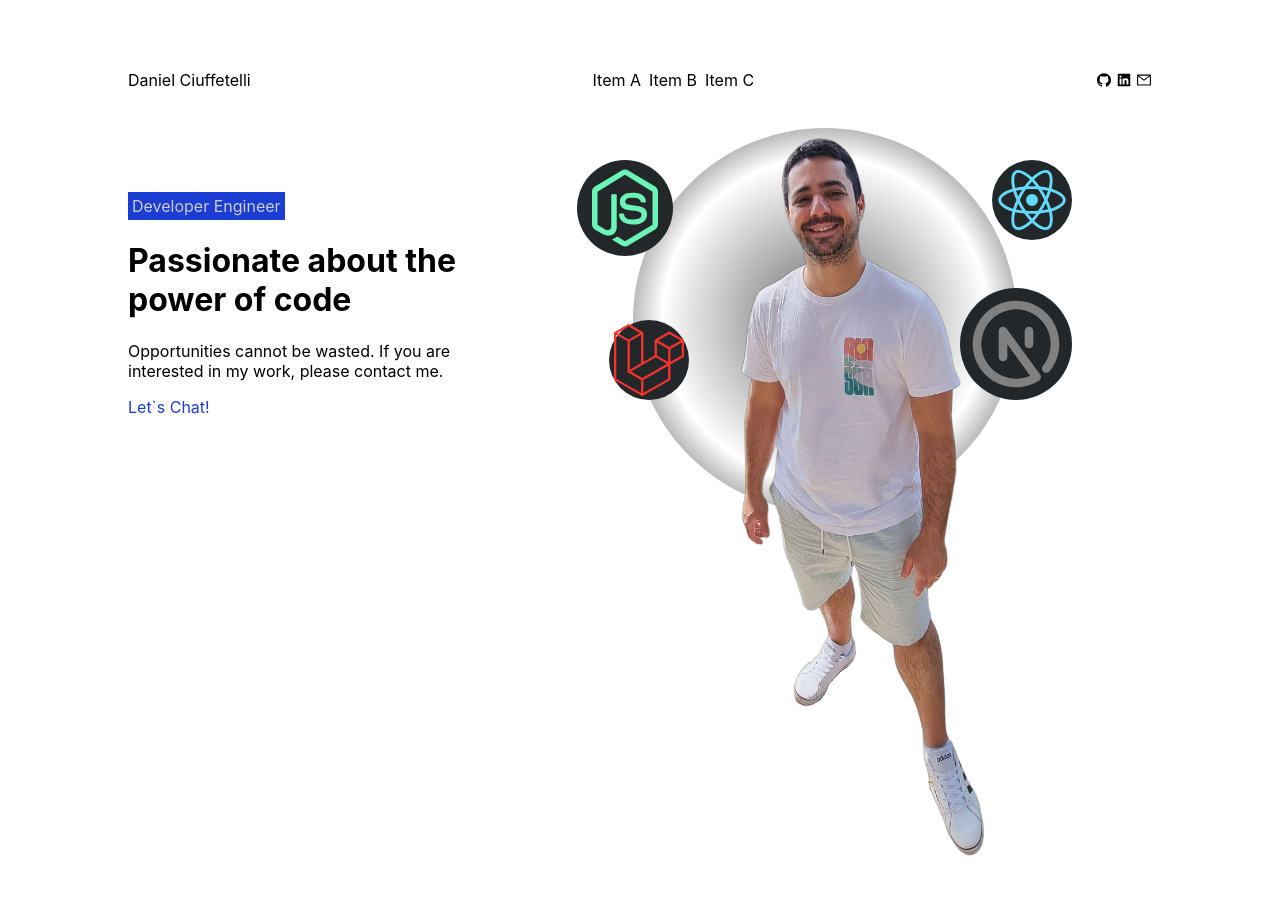
Repository: ciuffetelli/portfolio
Page: /
The author's editor kept a copy of each file at every save. The page is drawn from the files as they stood at one save, then again after the next save.
The browser window is 1280 px wide. The pictures show the whole page.
The project was rebuilt for these pictures with package versions that can differ from the ones it lists, and the page was loaded fresh each time. The framework's server and built-in components were replaced by stand-ins that run in the browser. Also part of the build but not shown: next.config.js.

Above is the page before, as saved 2022-12-04 17:36:22.

### pages/_document.tsx
import { Html, Head, Main, NextScript } from 'next/document'

export default function Document() {
    return (
        <Html lang="en">
            <Head>
                <title>Daniel Ciuffetelli - Front-end Engineer</title>
                <meta name="description" content="Daniel Ciuffetelli's personal portfolio, front-end engineer. Page developed in Next.js" />
                <link rel="icon" href="/img/logo.svg" />
            </Head>
                <body className='bg-white text-slate-900 dark:bg-slate-900 dark:text-white ease-in-out duration-300'>
                    <Main />
                    <NextScript />
                </body>
        </Html>
    )
}

### pages/index.tsx
import Head from 'next/head'
import Image from 'next/image'
import styles from '../styles/Home.module.css'
import styled from 'styled-components'

import { Nav } from '../Components/Nav'
import { Hero } from '../Components/Hero'

export default function Home() {
  return (
    <Container>

        <Head>
          <title>Daniel Ciuffetelli - Developer Engineer</title>
          <meta name="description" content="Generated by create next app" />
          <link rel="icon" href="/favicon.ico" />
        </Head>

        <Main>
          <Nav />

          <Hero />
        </Main>

    </Container>
    // <div className={styles.container}>


    //   <main className={styles.main}>
    //     <Nav />

    //     <Hero />
    //     {/* <h1 className={styles.title}>
    //       Welcome to <a href="https://nextjs.org">Next.js!</a>
    //     </h1>

    //     <p className={styles.description}>
    //       Get started by editing{' '}
    //       <code className={styles.code}>pages/index.tsx</code>
    //     </p>

    //     <div className={styles.grid}>
    //       <a href="https://nextjs.org/docs" className={styles.card}>
    //         <h2>Documentation &rarr;</h2>
    //         <p>Find in-depth information about Next.js features and API.</p>
    //       </a>

    //       <a href="https://nextjs.org/learn" className={styles.card}>
    //         <h2>Learn &rarr;</h2>
    //         <p>Learn about Next.js in an interactive course with quizzes!</p>
    //       </a>

    //       <a
    //         href="https://github.com/vercel/next.js/tree/canary/examples"
    //         className={styles.card}
    //       >
    //         <h2>Examples &rarr;</h2>
    //         <p>Discover and deploy boilerplate example Next.js projects.</p>
    //       </a>

    //       <a
    //         href="https://vercel.com/new?utm_source=create-next-app&utm_medium=default-template&utm_campaign=create-next-app"
    //         target="_blank"
    //         rel="noopener noreferrer"
    //         className={styles.card}
    //       >
    //         <h2>Deploy &rarr;</h2>
    //         <p>
    //           Instantly deploy your Next.js site to a public URL with Vercel.
    //         </p>
    //       </a>
    //     </div> */}
    //   </main>

    //   <footer className={styles.footer}>
    //     <a
    //       href="https://vercel.com?utm_source=create-next-app&utm_medium=default-template&utm_campaign=create-next-app"
    //       target="_blank"
    //       rel="noopener noreferrer"
    //     >
    //       Powered by{' '}
    //       <span className={styles.logo}>
    //         <Image src="/vercel.svg" alt="Vercel Logo" width={72} height={16} />
    //       </span>
    //     </a>
    //   </footer>
    //   <a href='https://elements.envato.com/ds-developer-portfolio-psd-template-9FZDH4D'>Reference</a>
    // </div>
  )
}

const Container = styled.div`
  padding: 0 2rem;
`

const Main = styled.main`
  max-width: 1024px;
  min-height: 100vh;
  margin: 0 auto;
  padding: 4rem 0;
  flex: 1;
  display: flex;
  flex-direction: column;
  justify-content: center;
  align-items: center;
`

### Components/Nav.tsx
import styled from 'styled-components'

import { AiFillGithub, AiFillLinkedin, AiOutlineMail } from 'react-icons/ai'

export function Nav() {

    return (
        <Container>
            <Name>Daniel Ciuffetelli</Name>
            <Items>
                <MenuItem>Item A</MenuItem>
                <MenuItem>Item B</MenuItem>
                <MenuItem>Item C</MenuItem>
            </Items>
            <Icons>
                <Social>
                    <AiFillGithub />
                    <AiFillLinkedin />
                </Social>
                <AiOutlineMail />
            </Icons>
        </Container>
    )
}

const Container = styled.div`
    display: inline-flex;
    width: 100%;
    height: 2rem;
    justify-content: space-around;
    align-items: center;
`

const Name = styled.div`
    display: none;

    @media (min-width: 500px) {
        display: flex;
    }
`

const Items = styled.div`
    display: inline-flex;
    flex: 1;
    gap: 0.5rem;
    justify-content: center;
`

const MenuItem = styled.div``

const Icons = styled.div`
    display: inline-flex;
    gap: 0.25rem;
`
const Social = styled.div`
    display: none;
    gap: 0.25rem;

    @media (min-width: 500px) {
        display: inline-flex;
    }
`

### Components/Hero.tsx
import styled from 'styled-components'

import { IoLogoNodejs } from 'react-icons/io'
import { IoLogoReact } from 'react-icons/io5'
import { TbBrandNextjs } from 'react-icons/tb'
import { FaLaravel } from 'react-icons/fa'

export function Hero() {
    return (
        <Container>
            <LeftSide>
                <Title>Developer Engineer</Title>
                <H1>Passionate about the power of code</H1>
                <Text>Opportunities cannot be wasted. If you are interested in my work, please contact me.</Text>
                <Link>Let`s Chat!</Link>
            </LeftSide>
            <RightSide>
                <Image src="/img/profile.png" />
                <Tech top={2} left={5} width={6} height={6}><NodeJs /></Tech>
                <Tech top={2} right={5} width={5} height={5}><React /></Tech>
                <Tech top={10} right={5} width={7} height={7}><Next /></Tech>
                <Tech top={12} left={7} width={5} height={5}><Laravel /></Tech>
            </RightSide>
        </Container>
    )
}

const Container = styled.div`
    display: inline-flex;
    margin: 2rem auto auto;
`

const LeftSide = styled.div`
    padding-top: 2rem;

    @media (min-width: 500px) {
        max-width: 50%;
        padding-top: 4rem;
    }
`

const Title = styled.div`
    width: max-content;
    padding: 0.25rem;
    color: #ccc;
    background-color: #1b3dd3;
`

const H1 = styled.h1``

const Text = styled.p``

const Link = styled.a`
    color: #1b3dd3;
`

const RightSide = styled.div`
    display: none;
    position: relative;
    justify-content: center;

    &::after {
        content: "";
        position: absolute;
        width: 30vw;
        height: 30vw;
        z-index: -1;
        margin: auto;
        border-radius: 50%;
        background-image: radial-gradient(circle, #666565, transparent 60%, #000);
    }

    @media (min-width: 500px) {
        display: flex;
    }
`

const Image = styled.img`
    width: 50%;
    margin: auto;
`

const Tech = styled.div<{ top?: Number, right?: Number, bottom?: Number, left?: Number, width?: Number, height?: Number }>`
    position: absolute;
    ${({top}) => (top) ? `top: ${top}rem;` : ``}
    ${({right}) => (right) ? `right: ${right}rem;` : ``}
    ${({bottom}) => (bottom) ? `bottom: ${bottom}rem;` : ``}
    ${({left}) => (left) ? `left: ${left}rem;` : ``}
    ${({width}) => (width) ? `width: ${width}rem;` : ``}
    ${({height}) => (height) ? `height: ${height}rem;` : ``}
    padding: 0.25rem;
    justify-content: center;
    align-items: center;
    border-radius: 50%;
    background: #23272a;
`

const NodeJs = styled(IoLogoNodejs)`
    width: 100%;
    height: 100%;
    color: #6af5b6;
`
const React = styled(IoLogoReact)`
    width: 100%;
    height: 100%;
    color: #61dafb;
`
const Next = styled(TbBrandNextjs)`
    width: 100%;
    height: 100%;
    color: #808080;
`
const Laravel = styled(FaLaravel)`
    width: 100%;
    height: 100%;
    color: #f9322c;
`

Loaded but not shown: pages/_app.tsx (common file); styles/globals.css (common file)

After the next save:
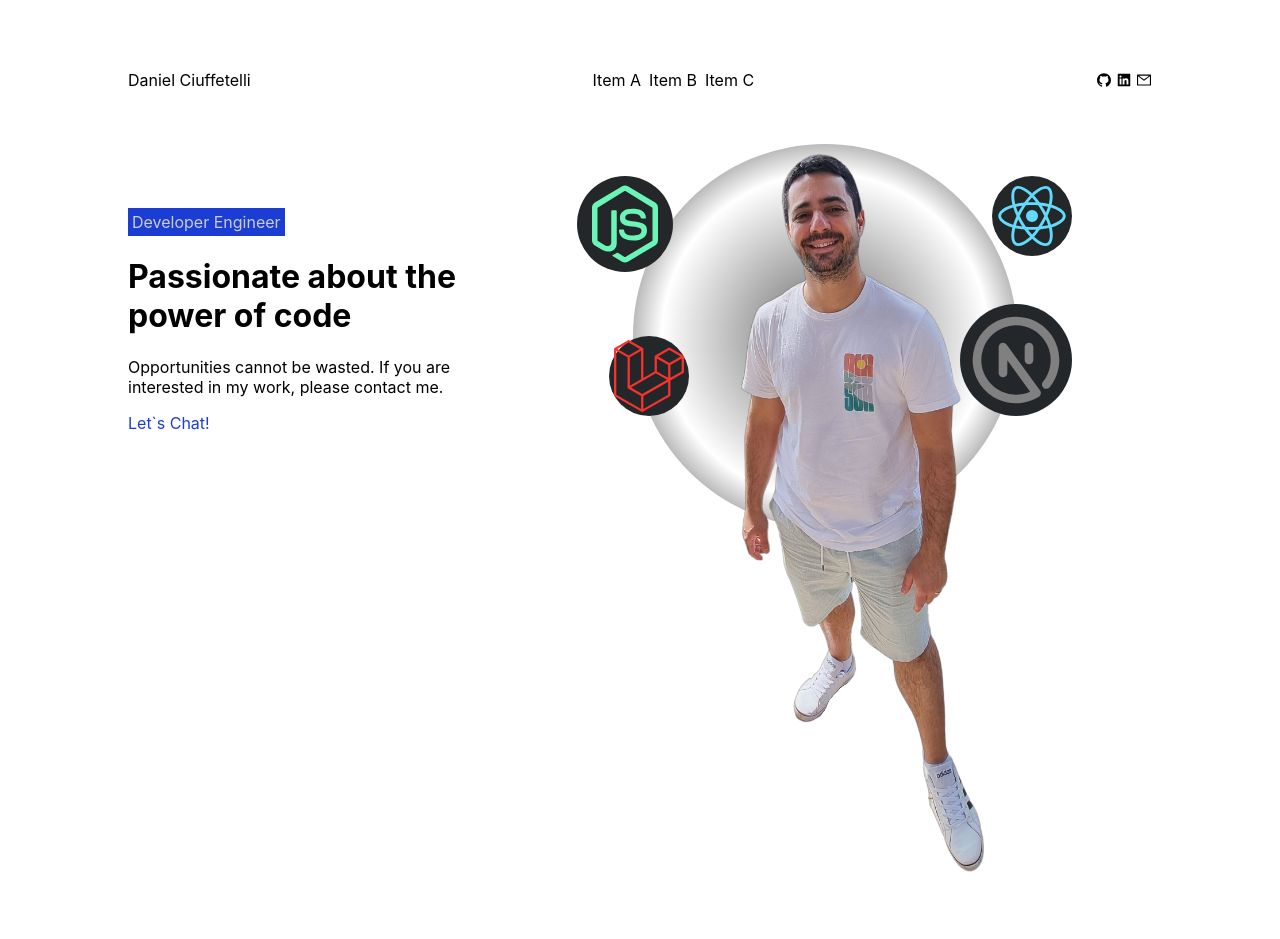
Saved 29 s later.
--- a/Components/Hero.tsx
+++ b/Components/Hero.tsx
@@ -27,7 +27,7 @@
 
 const Container = styled.div`
     display: inline-flex;
-    margin: 2rem auto auto;
+    margin: 3rem auto auto;
 `
 
 const LeftSide = styled.div`
